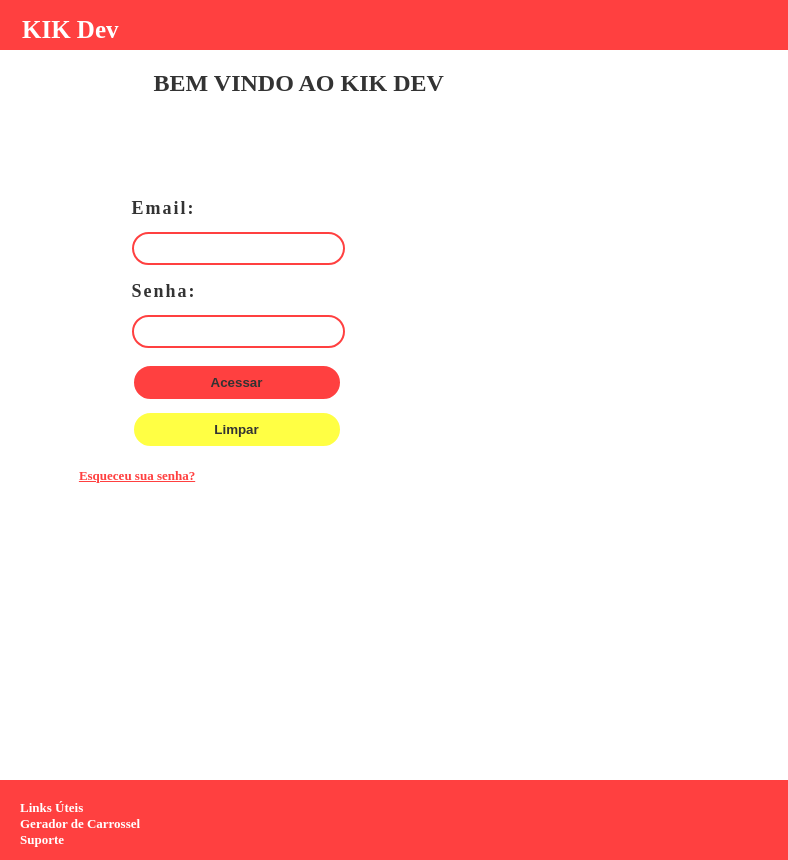
Repository: devgabrielvieira/kikdev
Page: index.html
An editor plug-in stored every save of this project. The page is shown before and after the next save, followed by the edit.
The browser window is 768 px wide. The page is 788 px wide, so the pictures cover 788 px, including what lies to the right of the window. The pictures show the whole page.

Above is the page before, as saved 2022-10-30 18:41:23.

### index.html
<!DOCTYPE html>
<html lang="pt-br">

<head>
    <meta charset="UTF-8">
    <meta http-equiv="X-UA-Compatible" content="IE=edge">
    <meta name="viewport" content="width=device-width, initial-scale=1.0">
    <link rel="shortcut icon" href="imagens/favicon.ico" type="image/x-icon">
    <link rel="stylesheet" href="style.css">
    <link rel="stylesheet" href="style-mobile.css">
    <script src="script_processo.js"></script>
    <title>KIK Dev</title>

</head>

<body id="pag_processos" onload="dimensaoTela()">

    <div class="header-index">
        <a href="#Default" class="logo">KIK Dev</a>

        <button type="submit" name="name" class="button-right"><strong>ACESSAR SITE</strong></a></button>

    </div>
    <div class="conteudo">
        <!--abrimos a div conteúdo-->
        <!-- <img src="imagens/conteudo.jpg" alt="Conteúdo"> -->

        <h2>BEM VINDO AO KIK DEV</h2>

        <div class="login">
            <label for="username">Email:</label>
            <input type="text" id="username" name="username">
            <br>
            <label for="pass">Senha:</label>
            <input type="password" id="pass" name="password" minlength="8" required>
            <br>
            <input class="btn-acessar" type="submit" value="Acessar">
            <br>
            <input class="btn-limpar" type="reset" value="Limpar">
            <br><br>
            <a href="recuperar-senha.html" target="_self" rel="next" class="href">Esqueceu sua senha?</a>
        </div>

    </div>
    <!--aqui fechamos a div conteudo-->

    <footer class="footer">
        <strong>
            <p>Links Úteis</p>
        </strong>
        <strong>
            <p>Gerador de Carrossel</p>
        </strong>
        <strong>
            <p>Suporte</p>
        </strong>
    </footer>

</body>

</html>

### style.css
@charset "UTF-8";

* {
    margin: 0;
    padding: 0;
}

html {
    margin: 0;
    padding: 0;
}

.header {
    overflow: hidden;
    background-color: #FF4040;
    padding: 20px 10px;
}

.header a {
    float: left;
    color: #fff;
    text-align: center;
    padding: 12px;
    text-decoration: none;
    font-size: 18px;
    line-height: 25px;
    border-radius: 4px;
}

.header a.logo {
    font-size: 25px;
    font-weight: bold;
}

.header a:hover {
    background-color: #ddd;
    color: #333333;
}

.header a.active {
    background-color: #d8d7d7;
    color: #fff;
}

.header-right {
    float: right;
}

.button-right {
    float: right;
    padding: 8px 20px;
    border: #d8d7d7;
    border-radius: 50px;
    color: #FF4040;
    background-color: #fff;
}

.header-index {
    overflow: hidden;
    background-color: #FF4040;
    padding: 5px 10px;
}

.header-index a {
    float: left;
    color: #fff;
    text-align: center;
    padding: 12px;
    text-decoration: none;
    font-size: 18px;
    line-height: 25px;
    border-radius: 4px;
}

.header-index a.logo {
    font-size: 25px;
    font-weight: bold;
}

.header-index a:hover {
    background-color: #ddd;
    color: #333333;
}

.header-index a.active {
    background-color: #d8d7d7;
    color: #fff;
}

.conteudo {
    width: 100%;
    height: 450px;
    overflow: hidden;
    background-color: #fff;
}

/* .conteudo img {
    width: 100%;
    background-color: #fff;
    margin: 2px 0 0 0;
    padding: 0;
    position: relative;
    height: 15.5rem;
} */

.footer {
    width: auto;
    background-color: #FF4040;
    padding: 20px 10px;
    position: relative;
    height: 2.5rem;
    bottom: -50px;
}

p {
    font-size: 13px;
    margin: 0 0 0 10px;
    float: none;
    overflow: hidden;
    color: #fff;
}

label {
    margin: 10px 50px 0 500px;
    display: block;
    letter-spacing: 2px;
    font-size: 18px;
    color: #333333;
    margin-bottom: 3px;
    font-weight: bold;
}

input[type='submit'],
label {
    margin: 10px 50px 0 500px;
    margin-top: 1rem;
    color: #333333;
}

input {
    margin: 10px 50px 0 500px;
    caret-color: #222;
    color: #333333;
    border: 2px solid #FF4040;
    border-radius: 36px;
    padding: 7px 15px;
    text-align: center;
    font-weight: bold;
}

input:hover {
    border: 2px solid #a0a0a0;
}

.login {
    margin: 80px 0 0 0;
    width: -100%;
}

.href {
    margin: 10px 50px 0 550px;
    font-size: 13px;
    font-weight: bold;
    color: #FF4040;
    text-align: center;

}

.btn-acessar {
    margin: 10px 50px 0 500px;
    background: #FF4040;
    border: 2px solid #fff;
    padding: 9px 15px;
    width: 210px;
    max-width: 100%;
}

.btn-limpar {
    margin: 10px 50px 0 500px;
    background: #FF4;
    border: 2px solid #fff;
    padding: 9px 15px;
    width: 210px;
    max-width: 100%;
}

h2 {
    width: 100%;
    display: inline-flex;
    margin: 20px 50px 5px 450px;
    color: #333333;
}

### style-mobile.css
@charset "UTF-8";


@media screen and (max-width: 768px) {

    * {
        margin: 0;
        padding: 0;
    }

    html {
        margin: 0;
        padding: 0;
    }

    .header-index {
        /* overflow: hidden;
        background-color: #FF4040;
        padding: 10px 15px; */

        display: block;
        /* position: fixed; */
        height: 2.5rem;
        width: 100%;
        bottom: -280px;

    }

    .header a {
        float: none;
        display: block;
        text-align: left;
    }

    .header-index a {
        float: none;
        display: block;
        text-align: left;
    }

    .header-right {
        float: none;
    }

    .button-right {
        float: none;
    }

    .footer {
        float: none;
        display: block;
        position: relative;
        height: 2.5rem;
        width: 100%;
        bottom: -280px;

    }

    /* .conteudo img {
        float: none;
        display: block;
        position: absolute;
        width: 100%;
        background-color: #fff;
        margin: 2px 0 0 0;
        height: 10rem;
    } */

    .login {
        width: -100%;
        display: inline-block;
    }

    label {
        margin-left: 50%;
        display: block;
        letter-spacing: 2px;
        font-size: 18px;
        color: #333333;
        margin-bottom: 3px;
        font-weight: bold;
    }

    input[type='submit'],
    label {
        margin-left: 50%;
        margin-top: 1rem;
        color: #333333;
    }

    input {
        margin-left: 50%;
        caret-color: #222;
        color: #333333;
        border: 2px solid #FF4040;
        border-radius: 36px;
        padding: 7px 15px;
        text-align: center;
        font-weight: bold;
    }

    input:hover {
        border: 2px solid #a0a0a0;
    }

    .href {
        margin-left: 30%;
        font-size: 13px;
        font-weight: bold;
        color: #FF4040;
        text-align: center;
    }

    /* .btn-entrar {
        margin-left: 50%;
        background: #FF4040;
        border: 2px solid #fff;
        padding: 9px 15px;
        width: 210px;
        max-width: 100%;
    } */

    .btn-acessar {
        margin-left: 50%;
        background: #FF4040;
        border: 2px solid #fff;
        padding: 9px 15px;
        width: 210px;
        max-width: 100%;
    }

    .btn-limpar {
        margin-left: 50%;
        background: #FF4;
        border: 2px solid #fff;
        padding: 9px 15px;
        width: 210px;
        max-width: 100%;
    }

    h2 {
        width: 100%;
        display: inline-flex;
        margin-left: 20%;
        color: #333333;
    }
}

### script_processo.js
function dimensaoTela(){
    var heightTela = window.innerHeight;
    var widthTela = window.innerWidth;

    document.getElementById('pag_processos').style.minHeight = heightTela+'px';
}

After the next save:
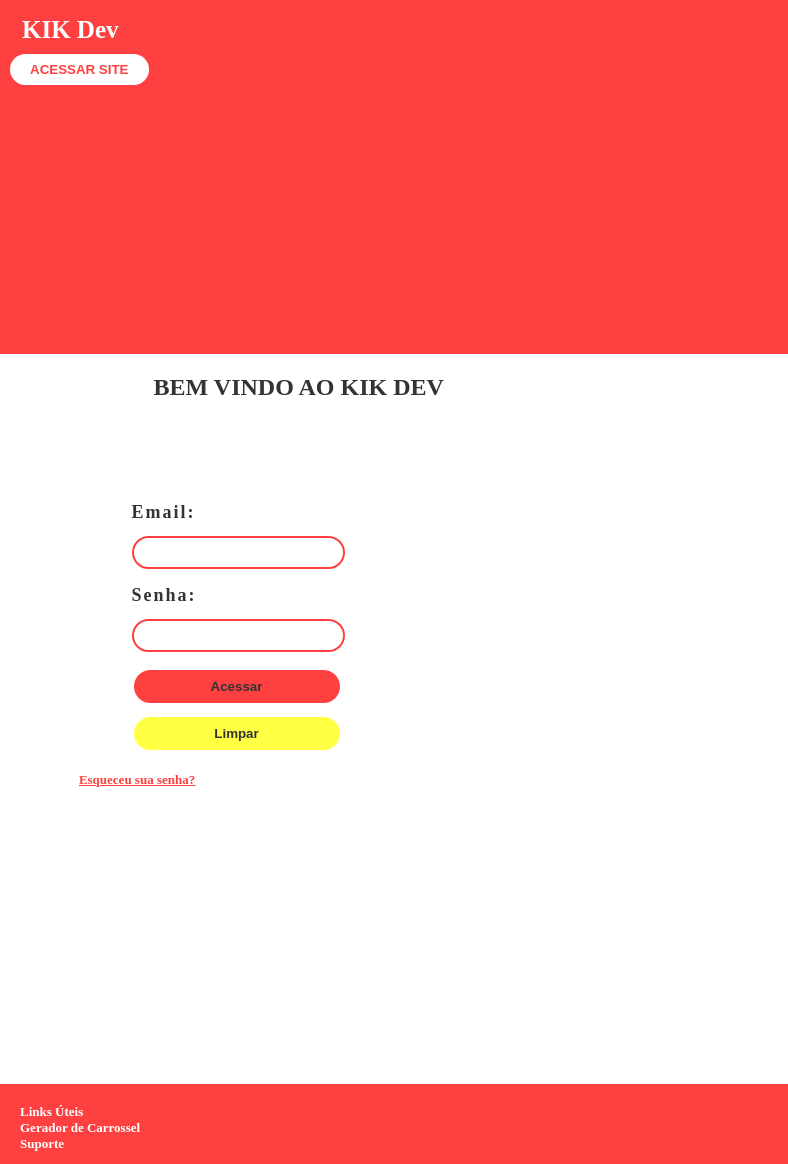
Saved 9 s later.
--- a/style-mobile.css
+++ b/style-mobile.css
@@ -20,7 +20,7 @@
 
         display: block;
         /* position: fixed; */
-        height: 2.5rem;
+        height: 21.5rem;
         width: 100%;
         bottom: -280px;
 

After the 2 saves that followed:
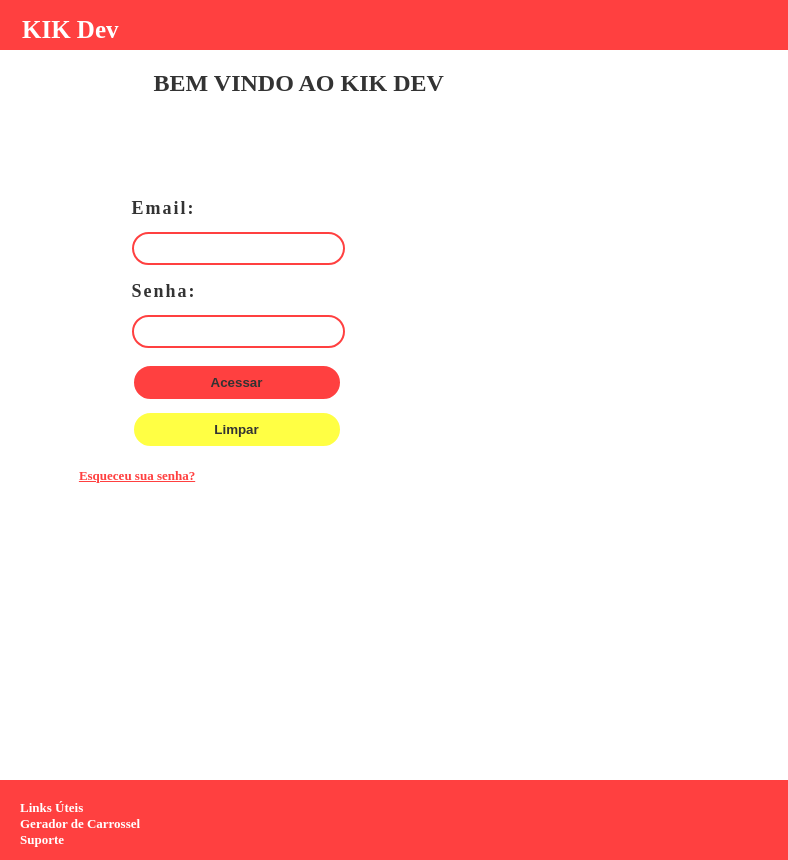
The 2 saves are shown as one change because 1 left the picture as it was.
The last was saved 34 s later.
--- a/style-mobile.css
+++ b/style-mobile.css
@@ -20,9 +20,9 @@
 
         display: block;
         /* position: fixed; */
-        height: 21.5rem;
+        height: 2.5rem;
         width: 100%;
-        bottom: -280px;
+
 
     }
 
